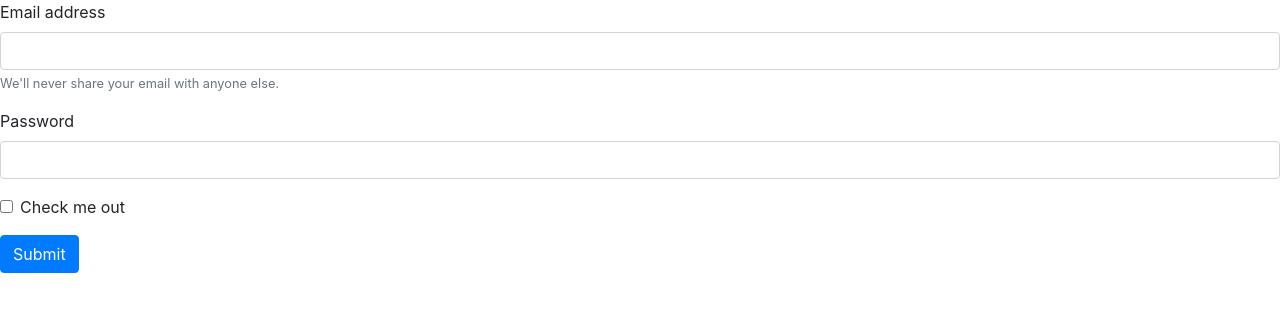
Repository: DhananjayaLakshan/PHP_CRUD_OOP1
Page: http://localhost/signup.php
An editor plug-in stored every save of this project. The page is shown before and after the next save, followed by the edit.
The browser window is 1280 px wide. The pictures show the whole page.
The page is run by PHP 8.4 with error messages shown; the project is at /var/www/html/.

Above is the page before, as saved 2023-11-30 12:07:24.

### signup.php
<!DOCTYPE html>
<html lang="en">

<head>
    <meta charset="UTF-8">
    <meta name="viewport" content="width=device-width, initial-scale=1.0">
    <title>SIGNUP</title>

    <link rel="stylesheet" href="https://cdn.jsdelivr.net/npm/bootstrap@4.5.3/dist/css/bootstrap.min.css" integrity="sha384-TX8t27EcRE3e/ihU7zmQxVncDAy5uIKz4rEkgIXeMed4M0jlfIDPvg6uqKI2xXr2" crossorigin="anonymous">
    <link rel="stylesheet" href="style.css">
    <script src="script.js"></script>
</head>

<body>

    <form>
        <div class="form-group">
            <label for="exampleInputEmail1">Email address</label>
            <input type="email" class="form-control" id="exampleInputEmail1" aria-describedby="emailHelp">
            <small id="emailHelp" class="form-text text-muted">We'll never share your email with anyone else.</small>
        </div>
        <div class="form-group">
            <label for="exampleInputPassword1">Password</label>
            <input type="password" class="form-control" id="exampleInputPassword1">
        </div>
        <div class="form-group form-check">
            <input type="checkbox" class="form-check-input" id="exampleCheck1">
            <label class="form-check-label" for="exampleCheck1">Check me out</label>
        </div>
        <button type="submit" class="btn btn-primary">Submit</button>
    </form>









    <script src="https://code.jquery.com/jquery-3.5.1.slim.min.js" integrity="sha384-DfXdz2htPH0lsSSs5nCTpuj/zy4C+OGpamoFVy38MVBnE+IbbVYUew+OrCXaRkfj" crossorigin="anonymous"></script>
    <script src="https://cdn.jsdelivr.net/npm/bootstrap@4.5.3/dist/js/bootstrap.bundle.min.js" integrity="sha384-ho+j7jyWK8fNQe+A12Hb8AhRq26LrZ/JpcUGGOn+Y7RsweNrtN/tE3MoK7ZeZDyx" crossorigin="anonymous"></script>
</body>

</html>

### style.css
.addButton {
    padding: 5px 25px;
    margin: 10px;

}

.table{
    margin: 10px !important;
    width: 85%;

}

Loaded but not shown: script.js (no stored copy; drawn as an empty file)

After the next save:
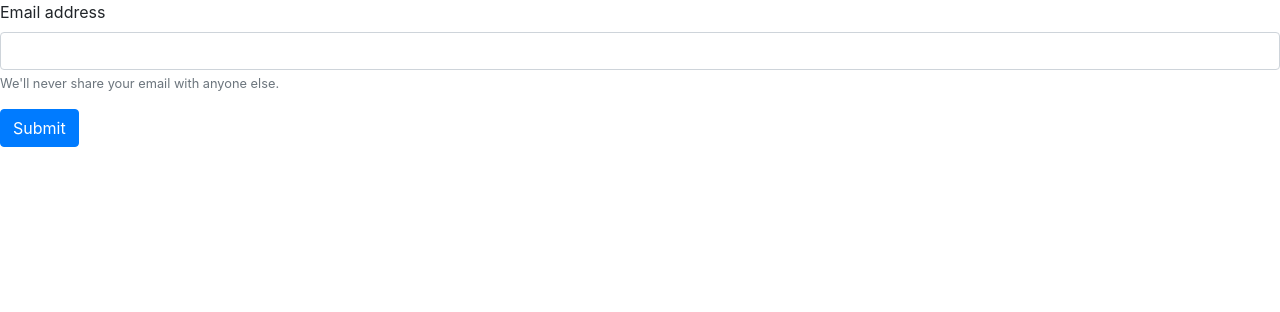
Saved 74 s later.
--- a/signup.php
+++ b/signup.php
@@ -13,20 +13,13 @@
 
 <body>
 
-    <form>
+    <form action="" method="post">
         <div class="form-group">
             <label for="exampleInputEmail1">Email address</label>
             <input type="email" class="form-control" id="exampleInputEmail1" aria-describedby="emailHelp">
             <small id="emailHelp" class="form-text text-muted">We'll never share your email with anyone else.</small>
         </div>
-        <div class="form-group">
-            <label for="exampleInputPassword1">Password</label>
-            <input type="password" class="form-control" id="exampleInputPassword1">
-        </div>
-        <div class="form-group form-check">
-            <input type="checkbox" class="form-check-input" id="exampleCheck1">
-            <label class="form-check-label" for="exampleCheck1">Check me out</label>
-        </div>
+
         <button type="submit" class="btn btn-primary">Submit</button>
     </form>
 
